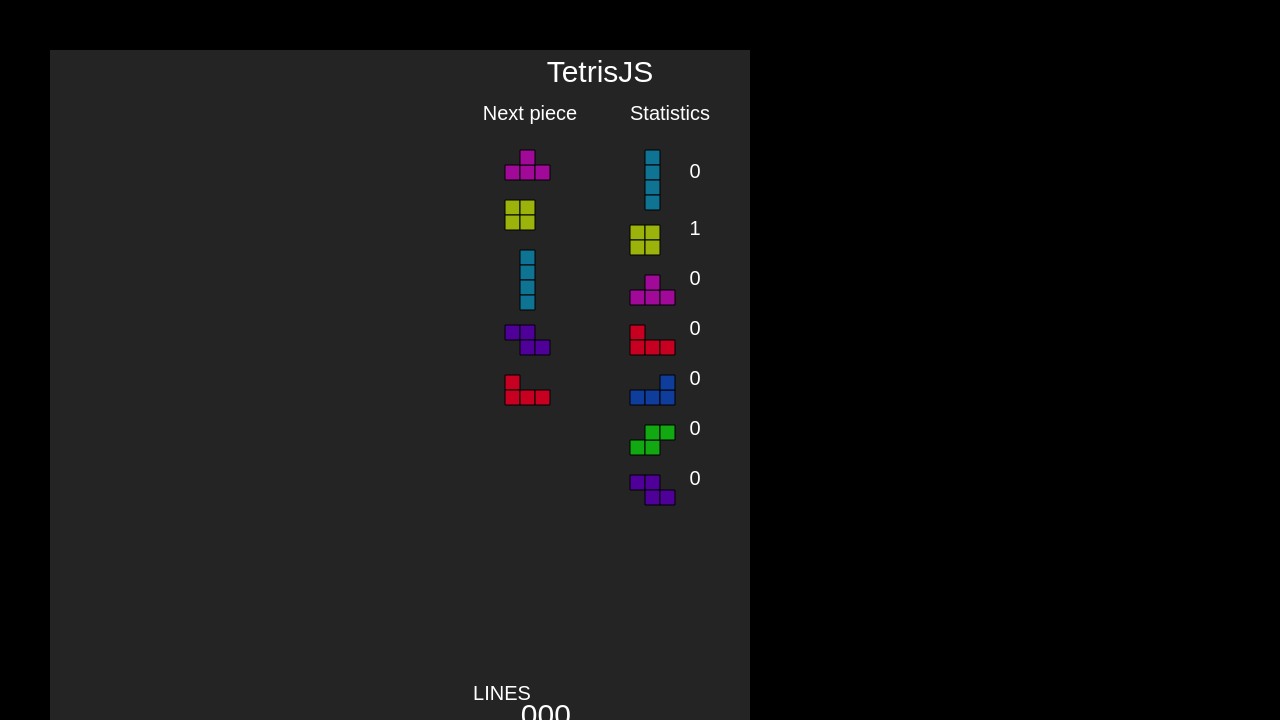
Repository: hosua/TetrisJS
Page: index.html
An editor plug-in stored every save of this project. The page is shown before and after the next save, followed by the edit.
The browser window is 1280 px wide. The pictures show the whole page.

Above is the page before, as saved 2023-11-07 20:11:40.
Console error: TypeError: Cannot read properties of undefined (reading 'toString')

### index.html
<html lang="en">
	<link rel="stylesheet" href="style.css">
	<head>
		<meta charset="UTF-8" />
		<meta name="viewport" content="width=device-width, initial-scale=1.0" />
		<title>TetrisJS</title>
	</head>
	<body>
		<canvas id="background-canvas" width="700" height="800"></canvas>
		<canvas id="tetris-canvas" width="400" height="800"></canvas>

		<script type="module" src="./src/main.js"></script>
	</body>
</html>

### src/main.js
import { GFX, Tetris, Tetronimo, P_TYPE, KEY } from "./Tetris.js"

const FALL_TICK = 200; // If we ever implement levels, this determines the difficulty
const DELAY_TICK = 200; // additional wait time after a piece lands
const CLEAR_DELAY = 200; // additional wait time before a line is cleared

let gfx = new GFX();
let tetris = new Tetris(15);

function handle_input(e) {
	let keycode = e.keyCode;
	console.log(`Pressing ${keycode}`);
	switch (keycode) {
		case KEY.LEFT:
		case KEY.RIGHT:
		case KEY.DOWN:
			tetronimo.move(keycode, tetris);
			break;
		case KEY.X:
		case KEY.Z:
			tetronimo.rotate(keycode, tetris);
			break;
		case KEY.SPACE:
			tetronimo.hard_drop(tetris);
			break;
	}
	gfx.draw_all_game_elements(tetris.grid, tetronimo);
}

document.addEventListener('keydown', (e) => { return handle_input(e); });

let tetronimo = tetris.queue.shift();
tetris.piece_counter[tetronimo.type]++;

while (true) {
	while (!tetris.check_gameover()) {
		gfx.draw_ui_all(tetris);
		while (tetronimo.fall(tetris.grid)) {
			gfx.draw_all_game_elements(tetris.grid, tetronimo);
			await new Promise(resolve => setTimeout(resolve, tetris.fall_tick));
			console.log(`fall tick: ${tetris.fall_tick}`);
		}
		tetronimo = tetris.queue.shift();
		tetris.queue.push(tetris.spawn_rand_piece());
		tetris.piece_counter[tetronimo.type]++;

		let lines_cleared_this_turn = tetris.clear_lines();
		if (lines_cleared_this_turn > 0) {
			await new Promise(resolve => setTimeout(resolve, CLEAR_DELAY));
			gfx.draw_all_game_elements(tetris.grid, tetronimo);
			tetris.score_keeper(lines_cleared);
		}
		await new Promise(resolve => setTimeout(resolve, DELAY_TICK));
	}
	gfx = new GFX();
	tetris = new Tetris();
}

### src/Tetris.js
const bg_canvas = document.getElementById("background-canvas");
const tetris_canvas = document.getElementById("tetris-canvas");

const BG_COLOR = "#242424";
const FIELD_COLOR = "grey";
const PLAYFIELD_YMAX = 25;
const PLAYFIELD_XMAX = 10;
const Y_OFF = 5;

export const KEY = {
	SPACE: 32, 								// hard drop
	LEFT: 37, UP: 38, RIGHT: 39, DOWN: 40,  // move piece
	C: 67, 									// hold piece
	P: 80, 									// pause
	X: 88, 									// rotate right
	Z: 90, 									// rotate left
};

export const P_TYPE = {
	NONE: 0,
	I: 1, O: 2, T: 3, S: 4,
	Z: 5, J: 6, L: 7,
}

const P_COLORS = {
	[P_TYPE.I]: "#0f7394", [P_TYPE.O]: "#9cb30b", [P_TYPE.T]: "#a10a99",
	[P_TYPE.S]: "#11a811", [P_TYPE.Z]: "#4f0099", [P_TYPE.J]: "#c70021",
	[P_TYPE.L]: "#0e3d9c",
}

export class Tetronimo {
	constructor(piece_type) {
		this.type = piece_type;
		this.origin = [0, 0];
		this.blocks = Array(4).fill([0, 0]); // block positions relative to origin
		this.spawn_piece();
	}

	print() {
		console.log(this.origin);
		console.log(this.blocks);
	}

	// Since collision detection can usually be solved by checking mins and maxes, some helper methods
	// for getting them are implemented
	min_x() {
		let res = Number.MAX_SAFE_INTEGER;
		for (let block of this.blocks)
			res = Math.min(res, block[0] + this.origin[0]);
		return res;
	}

	max_x() {
		let res = Number.MIN_SAFE_INTEGER;
		for (let block of this.blocks)
			res = Math.max(res, block[0] + this.origin[0]);
		return res;
	}

	min_y() {
		let res = Number.MAX_SAFE_INTEGER;
		for (let block of this.blocks)
			res = Math.min(res, block[1] + this.origin[1]);
		return res;
	}

	max_y() {
		let res = Number.MIN_SAFE_INTEGER;
		for (let block of this.blocks)
			res = Math.max(res, block[1] + this.origin[1]);
		return res;
	}

	// check if valid move by making a copy of the tetronimo's new position and checking if there is
	// any overlap with the grid.
	// Returns true if the new move is valid
	check_move(grid, dx, dy) {
		for (let block of this.blocks) {
			let nx = this.origin[0] + dx + block[0];
			let ny = this.origin[1] + dy + block[1];
			if (grid[ny][nx] !== P_TYPE.NONE)
				return false;
		}
		return true;
	}

	spawn_piece() {
		this.origin = [5, 4];
		switch (this.type) {
			case P_TYPE.I:
				this.blocks = [[0, -1], [0, 0], [0, 1], [0, 2]];
				break;
			case P_TYPE.O:
				this.blocks = [[-1, -1], [-1, 0], [0, -1], [0, 0]];
				break;
			case P_TYPE.T:
				this.blocks = [[-1, 0], [0, 0], [1, 0], [0, -1]];
				break;
			case P_TYPE.S:
				this.blocks = [[-1, 0], [0, 0], [0, -1], [1, -1]];
				break;
			case P_TYPE.Z:
				this.blocks = [[-1, -1], [0, -1], [0, 0], [1, 0]];
				break;
			case P_TYPE.J:
				this.blocks = [[-1, -1], [-1, 0], [0, 0], [1, 0]];
				break;
			case P_TYPE.L:
				this.blocks = [[-1, 0], [0, 0], [1, 0], [1, -1]];
				break;
		}
	}

	// This will check the grid to see if the piece can fall down. If it can, it will move piece down once.
	// returns true if still falling
	fall(grid) {
		let can_fall = true;
		for (let block of this.blocks) {
			let x = this.origin[0] + block[0];
			let y = this.origin[1] + block[1];
			// console.log(x, y);
			// check if min y pos is at bottom
			if (y === PLAYFIELD_YMAX - 1) { // at bottom
				can_fall = false;
			} else if (grid[y + 1][x] !== P_TYPE.NONE) { // if below piece is non-empty
				can_fall = false;
			}
			if (!can_fall)
				break;
		}


		if (can_fall) {
			// move down
			this.origin[1] += 1;
		} else {
			// set to grid
			for (let block of this.blocks) {
				let x = this.origin[0] + block[0];
				let y = this.origin[1] + block[1];
				grid[y][x] = this.type;
			}
		}

		return can_fall;
	}

	move(keycode, tetris) {

		switch (keycode) {
			case KEY.LEFT:
				if (this.min_x() > 0 && this.check_move(tetris.grid, -1, 0))
					this.origin[0]--;
				break;
			case KEY.DOWN:
				if (this.max_y() < PLAYFIELD_YMAX - 1 && this.check_move(tetris.grid, 0, +1)) {
					this.origin[1]++;
					tetris.score += 1; // This will add 1 extra point for every block hard/soft dropped.
				}
				break;
			case KEY.RIGHT:
				if (this.max_x() < PLAYFIELD_XMAX - 1 && this.check_move(tetris.grid, +1, 0))
					this.origin[0]++;
				break;
			case KEY.UP: // This should be removed when were no longer testing
				if (this.max_y() > 0 && this.check_move(tetris.grid, 0, -1))
					this.origin[1]--;
				break;
			default:
				console.log("Error: Move has wrong key: ", keycode);
				break;
		}
	}

	rotate(keycode, tetris) {
		// We cannot rotate O
		if (this.type === P_TYPE.O)
			return;

		// Returns the rotated version of the blocks.
		const get_rotated = (keycode) => {
			// This is a separate function because we want a copy of the rotated
			// piece before actually rotating it to check if the rotation overlaps
			// with another piece, or falls outside the boundaries of the tetris.grid.
			let rotated = this.blocks.map((coord) => { return coord.slice() }); // create hard copy
			if (keycode === KEY.Z) {
				for (let coord of rotated) {
					let x = coord[0];
					let y = coord[1];
					coord[0] = y;
					coord[1] = -x;
				}
			} else if (keycode === KEY.X) {
				for (let coord of rotated) {
					let x = coord[0];
					let y = coord[1];
					coord[0] = -y;
					coord[1] = x;
				}
			}
			return rotated;
		}

		let can_rotate = true;
		let rotated = get_rotated(keycode);
		for (let rot of rotated) {
			let rx = this.origin[0] + rot[0];
			let ry = this.origin[1] + rot[1];
			// first, check if rotated position is within the boundaries of the grid
			if (rx < 0 || rx >= PLAYFIELD_XMAX || ry < 0 || ry >= PLAYFIELD_YMAX) {
				can_rotate = false;
				break;
			}
			// second, check if the rotated position overlaps with any
			// other pieces already on the grid
			if (tetris.grid[ry][rx] !== P_TYPE.NONE) {
				can_rotate = false;
				break;
			}
		}
		if (can_rotate)
			this.blocks = rotated;
	}

	hard_drop(tetris) {
		while (this.fall(tetris.grid)) {
			this.move(KEY.DOWN, tetris);
		}
	}
}

// Actual Tetris Logic
export class Tetris {
	constructor(start_level = 0) {
		this.grid = Array(PLAYFIELD_YMAX).fill().map(
			() => Array(PLAYFIELD_XMAX).fill(P_TYPE.NONE)
		);
		this.piece_counter = { [P_TYPE.I]: 0, [P_TYPE.O]: 0, [P_TYPE.T]: 0, [P_TYPE.J]: 0, [P_TYPE.L]: 0, [P_TYPE.S]: 0, [P_TYPE.Z]: 0 }

		this.score = 0;
		this.level = start_level;
		this.lines_cleared = 0;
		this.tetris_count = 0;
		this.fall_tick = 0; // ms per grid
		this.update_fall_speed();

		this.queue = [];
		this.populate_queue()
	}

	print_grid() { console.log(this.grid); }

	populate_queue(n = 10) {
		this.queue = [];
		for (let i = 0; i < n; i++)
			this.queue.push(this.spawn_rand_piece())
	}

	// If any pieces land above where the game renders, it's game over
	check_gameover() {
		for (let y = 3; y < 5; y++) {
			for (let x = 0; x < PLAYFIELD_XMAX; x++) {
				if (this.grid[y][x] !== P_TYPE.NONE) {
					console.log("Game over!");
					return true;
				}
			}
		}
		return false;
	}

	spawn_rand_piece() {
		let rand_type = Math.round(Math.random() * (P_TYPE.L - 1) + 1);
		return new Tetronimo(rand_type);
	}

	// checks and clears all full lines, returns how many lines were cleared
	clear_lines() {
		console.log("Checking for full lines");
		let lines_cleared = 0;
		// Do a downward scan to see if line is full
		for (let y = 5; y < PLAYFIELD_YMAX; y++) {
			console.log(`y: ${y}`);
			let is_full = true;

			// scan the line
			for (let x = 0; x < PLAYFIELD_XMAX; x++) {
				if (this.grid[y][x] === P_TYPE.NONE) {
					is_full = false;
					break;
				}
			}

			if (is_full) {
				console.log(`Detected full line at ${y}`);
				// clear the current line
				for (let x = 0; x < PLAYFIELD_XMAX; x++) {
					this.grid[y][x] = P_TYPE.NONE;
				}
				// shift all lines above from current y coordinate down 1
				for (let yy = y; yy >= 5; yy--) {
					this.grid[yy] = this.grid[yy - 1]
				}
				lines_cleared++; // will be used for scoring when it's implemented
			}
		}
		return lines_cleared;
	}

	score_keeper(lines_cleared) {
		// n = level
		// 1 line 		2 line 			3 line 			4 line
		// 40 * (n + 1)	100 * (n + 1)	300 * (n + 1)	1200 * (n + 1)
		switch (lines_cleared) {
			case 1:
				this.score += 40 * (this.level + 1);
				break;
			case 2:
				this.score += 100 * (this.level + 1);
				break;
			case 3:
				this.score += 300 * (this.level + 1);
				break;
			case 4:
				this.score += 1200 * (this.level + 1);
				break;
		}
	}

	// When level up happens, speed up the fall speed.
	update_fall_speed() {
		if (this.level < 9)
			this.fall_tick = (48 - (5 * (this.level + 1))) * 61;
		else if (this.level == 9)
			this.fall_tick = 6 * 61;
		else if (this.level < 13)
			this.fall_tick = 5 * 61;
		else if (this.level < 16)
			this.fall_tick = 4 * 61;
		else if (this.level < 16)
			this.fall_tick = 3 * 61;
		else if (this.level < 19)
			this.fall_tick = 2 * 61;
		else
			this.fall_tick = 1 * 61;
	}
}

// Tetronimo objects for drawing UI
const TET_UI = [
	new Tetronimo(P_TYPE.I),
	new Tetronimo(P_TYPE.O),
	new Tetronimo(P_TYPE.T),
	new Tetronimo(P_TYPE.J),
	new Tetronimo(P_TYPE.L),
	new Tetronimo(P_TYPE.S),
	new Tetronimo(P_TYPE.Z),
]

export class GFX {
	constructor() {
		bg_canvas.style.position = "absolute";
		tetris_canvas.style.position = "absolute";
		bg_canvas.style.top = "50";
		bg_canvas.style.left = "50";
		tetris_canvas.style.top = "50";
		tetris_canvas.style.left = "50";
		this.ui_offset = tetris_canvas.width;
		this.ui_width = bg_canvas.width - tetris_canvas.width;
	}


	draw_playfield() {
		const ctx = tetris_canvas.getContext("2d");
		ctx.fillStyle = FIELD_COLOR;
		ctx.fillRect(0, 0, tetris_canvas.width, tetris_canvas.height);
	}

	draw_gridlines() {
		const ctx = tetris_canvas.getContext("2d");
		const horiz_inc = tetris_canvas.height / 20;
		const vert_inc = tetris_canvas.width / 10;

		// Draw horizontal lines
		for (let y = 0; y < tetris_canvas.height; y += horiz_inc) {
			ctx.beginPath();
			ctx.moveTo(0, y);
			ctx.lineTo(tetris_canvas.width, y);
			ctx.stroke();
		}
		// Draw vertical lines
		for (let x = 0; x < tetris_canvas.width; x += vert_inc) {
			ctx.beginPath();
			ctx.moveTo(x, 0);
			ctx.lineTo(x, tetris_canvas.height);
			ctx.stroke();
		}
	}

	// Draw the actual pieces and shit on the 2d grid (except the piece currently in motion)
	draw_grid_elements(grid) {
		const ctx = tetris_canvas.getContext("2d");
		const horiz_inc = tetris_canvas.height / 20;
		const vert_inc = tetris_canvas.width / 10;

		for (let y = PLAYFIELD_YMAX - 1; y >= PLAYFIELD_YMAX - 20; y--) {
			for (let x = 0; x < PLAYFIELD_XMAX; x++) {
				// dx, dy are drawing coords
				let dx = x * horiz_inc;
				let dy = (y - Y_OFF) * vert_inc;
				if (grid[y][x] != P_TYPE.NONE) {
					ctx.fillStyle = P_COLORS[grid[y][x]];
					ctx.beginPath();
					ctx.rect(dx, dy, horiz_inc, vert_inc);
					ctx.fill();
					ctx.stroke();
				}
			}
		}
	}

	// this will draw the tetronimo in motion
	// We are avoiding putting the tetronimo on the actual grid until it lands, this way we don't
	// have to handle creating and destroying the blocks every time it shifts down once.
	draw_falling_tetronimo(tetronimo) {
		const ctx = tetris_canvas.getContext("2d");
		const horiz_inc = tetris_canvas.height / 20;
		const vert_inc = tetris_canvas.width / 10;

		let origin = tetronimo.origin;
		let blocks = tetronimo.blocks;
		let p_type = tetronimo.type;

		ctx.fillStyle = P_COLORS[p_type];
		for (let block of blocks) {
			let dx = (origin[0] + block[0]) * horiz_inc;
			let dy = (origin[1] + block[1] - Y_OFF) * vert_inc;
			ctx.beginPath();
			ctx.rect(dx, dy, horiz_inc, vert_inc);
			ctx.fill();
			ctx.stroke();
		}
	}

	draw_all_game_elements(grid, tetronimo) {
		// this.draw_background();
		this.draw_playfield();
		this.draw_grid_elements(grid);
		this.draw_gridlines();
		this.draw_falling_tetronimo(tetronimo);
	}

	/* UI drawing methods below */

	draw_ui_all(tetris) {
		this.draw_ui_background();
		this.draw_ui_text("TetrisJS", 30, this.ui_offset + (this.ui_width / 2), 32);
		this.draw_ui_stats(tetris.piece_counter);
		this.draw_ui_queue(tetris);
		this.draw_ui_text("Made by Hoswoo", 20, this.ui_offset + (this.ui_width / 2), bg_canvas.height - 15);
		this.draw_ui_score(tetris);
		this.draw_ui_level(tetris);
		this.draw_lines_cleared(tetris);
	}

	draw_ui_background() {
		const ctx = bg_canvas.getContext("2d");
		ctx.fillStyle = BG_COLOR;
		ctx.fillRect(0, 0, bg_canvas.width, bg_canvas.height);
	}

	draw_ui_mini_piece(tetronimo, x, y) {
		const ctx = bg_canvas.getContext("2d");
		const dim = 15;
		const x_off = -100;
		const y_off = -625;

		let origin = tetronimo.origin;
		let blocks = tetronimo.blocks;
		let p_type = tetronimo.type;

		ctx.fillStyle = P_COLORS[p_type];

		for (let block of blocks) {
			let dx = x + x_off + (origin[0] + block[0]) * dim;
			let dy = y + y_off + (origin[1] + block[1]) * dim;
			ctx.beginPath();
			ctx.rect(dx, dy, dim, dim);
			ctx.fill();
			ctx.stroke();
		}
	}

	draw_ui_text(text, size, x, y) {
		const ctx = bg_canvas.getContext("2d");
		ctx.font = size.toString() + "px Arial";
		ctx.textAlign = "center";
		ctx.fillStyle = "white";
		ctx.fillText(text, x, y);
	}

	draw_ui_queue(tetris, count = 5) { // Draw 'count' next pieces
		let x = this.ui_offset + 80;
		let y = this.ui_offset + 280;
		let y_inc = 50;

		this.draw_ui_text("Next piece", 20, x, 70);
		for (let i = 0; i < count; i++) {
			let piece = tetris.queue[i];
			this.draw_ui_mini_piece(piece, x + 15, y);
			if (piece.type == P_TYPE.I)
				y += 25;
			y += y_inc;
		}
	}

	draw_ui_stats(piece_counter) {
		let x = this.ui_offset + 220;
		let x_gap = 25;
		let y = this.ui_offset + 355;
		let y_inc = 50;
		let i_piece = TET_UI[0];

		this.draw_ui_text("Statistics", 20, x, 70);
		this.draw_ui_mini_piece(i_piece, x, this.ui_offset + 280);
		this.draw_ui_text(piece_counter[P_TYPE.I].toString(), 20, x + x_gap, 128);

		let dy = 185;
		let dy_inc = 50;
		for (let i = 1; i < TET_UI.length; i++) {
			let piece = TET_UI[i];
			this.draw_ui_mini_piece(piece, x, y);
			this.draw_ui_text(piece_counter[piece.type], 20, x + x_gap, dy);
			y += y_inc;
			dy += dy_inc;
		}
	}

	draw_ui_score(tetris) {
		let x = this.ui_offset + 100;
		let y = 725;
		let y_inc = 25;
		this.draw_ui_text(`SCORE`, 20, x - 48, y);
		this.draw_ui_text(`${tetris.score.toString().padStart(10, '0')}`, 30, x, y + y_inc);
	}

	draw_ui_level(tetris) {
		let x = this.ui_offset + 285;
		let y = 725;
		let y_inc = 25;
		this.draw_ui_text(`LEVEL`, 20, x - 48, y);
		this.draw_ui_text(`${tetris.level.toString().padStart(2, '0')}`, 30, x - 65, y + y_inc);
	}

	draw_lines_cleared(tetris) { // also displays tetris count
		let x = this.ui_offset + 100;
		let y = 650;
		let y_inc = 25;
		this.draw_ui_text(`LINES`, 20, x - 48, y);
		this.draw_ui_text(`${tetris.lines_cleared.toString().padStart(3, '0')} `, 30, x, y + y_inc);
		this.draw_ui_text(`Tetris: `)
	}
}

Loaded but not shown: style.css (common file)

After the next save:
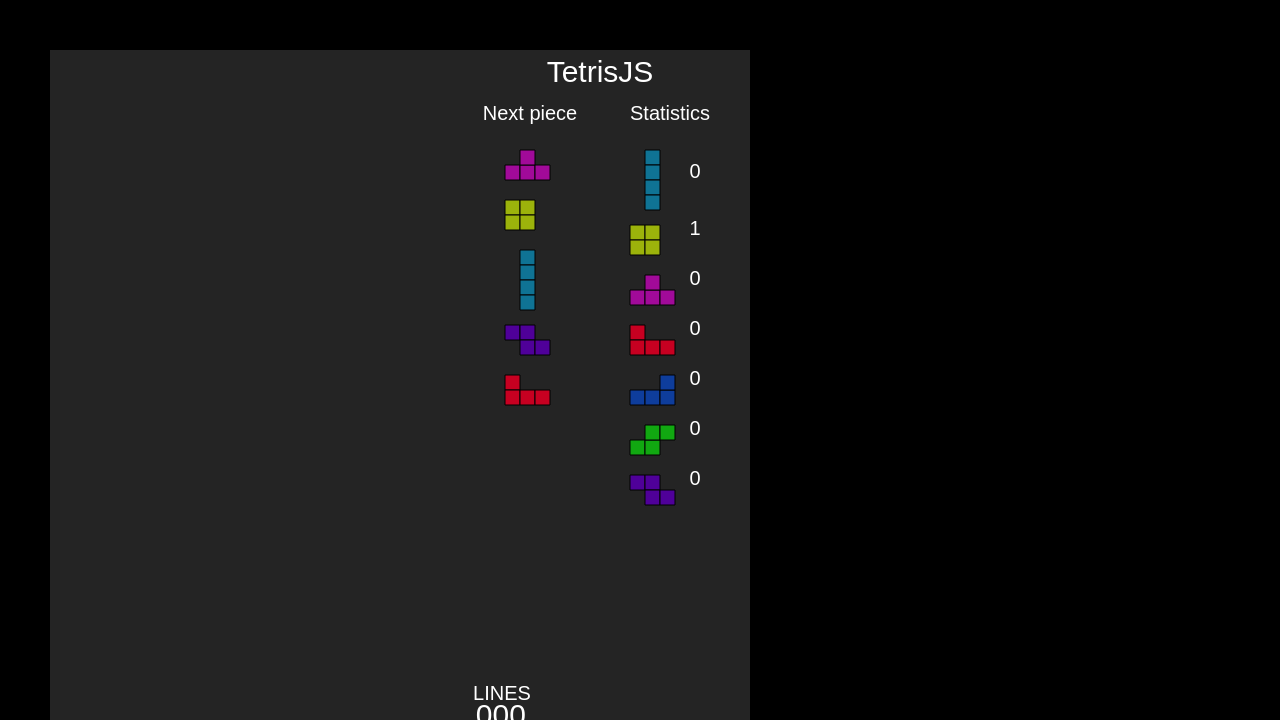
Saved 9 s later.
--- a/src/Tetris.js
+++ b/src/Tetris.js
@@ -557,7 +557,7 @@
 		let y = 650;
 		let y_inc = 25;
 		this.draw_ui_text(`LINES`, 20, x - 48, y);
-		this.draw_ui_text(`${tetris.lines_cleared.toString().padStart(3, '0')} `, 30, x, y + y_inc);
+		this.draw_ui_text(`${tetris.lines_cleared.toString().padStart(3, '0')} `, 30, x - 45, y + y_inc);
 		this.draw_ui_text(`Tetris: `)
 	}
 }
